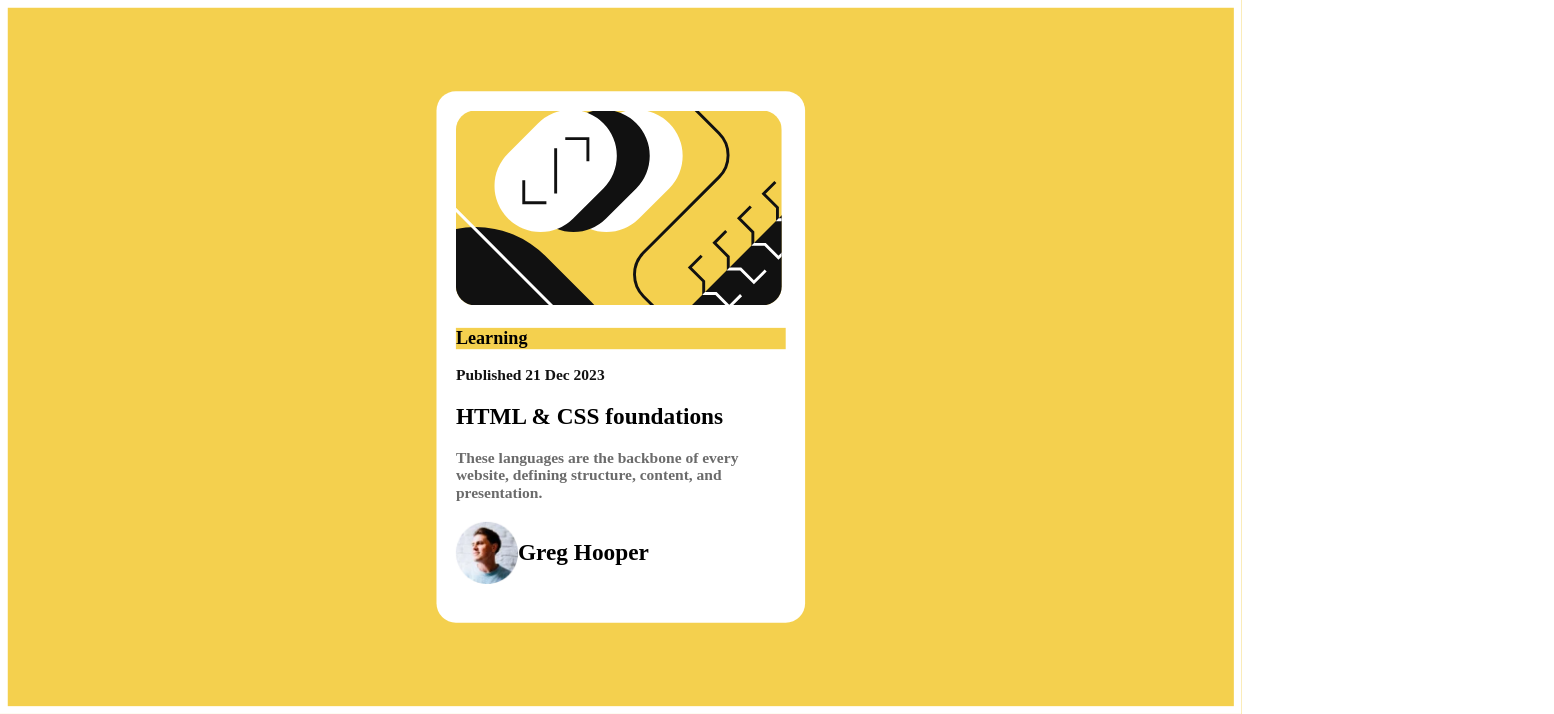
Repository: reemoon-ctrl/blog-preview-card
Page: index.html
An editor plug-in stored every save of this project. The page is shown before and after a run of saves, followed by the edit.
The browser window is 1280 px wide. The page is 1280 px wide, then 1602 px, so the pictures cover 1602 px, including what lies to the right of the window. The pictures show the whole page, at 97% of full size.

Above is the page before, as saved 2024-07-19 14:41:12.

### index.html
<!DOCTYPE html>
<html>
    <head>
        <title>Frontend Mentor | Blog preview card</title>
        <link rel="stylesheet" href="index.css" />


    </head>
    <body>
        <article class="blog-card-article">
            <div class="blog-card">
                <img class="blog-img"src="img\illustration-article.svg" alt="illustration-article" />
                <h3 class="blog-category">Learning</h3>
                <b class="blog-date">Published 21 Dec 2023</b>
                <h1 class="blog-title">HTML & CSS foundations</h1>
                <b class="blog-discrip">These languages are the backbone of every website, defining structure, content, and presentation.</b>
                <h2 class="blog-author"><img  src="img\image-avatar.webp" alt="Greg Hooper avatar"/>Greg Hooper</h2>
            </div>
        </article>

    </body>
</html>

### index.css
.blog-card-article{
    min-height: 100vh;
    display: flex;
    align-items:center;
    justify-content: center;
    background-color: hsl(47, 88%, 63%);


}

.blog-card{
    background-color: white;
    padding: 20px;
    border-radius: 20px;
    flex-basis: 340px;
}

.blog-img{
    border-radius: 20px;


}

.blog-category{

    background-color: hsl(47, 88%, 63%);
    width




}

.blog-date{
    color: hsl(0, 0%, 7%);

}

.blog-title{

}
.blog-discrip{
    color:hsl(0, 0%, 42%);

}

.blog-author{
    display: flex;
    align-items:center;

}

After the next 3 saves:
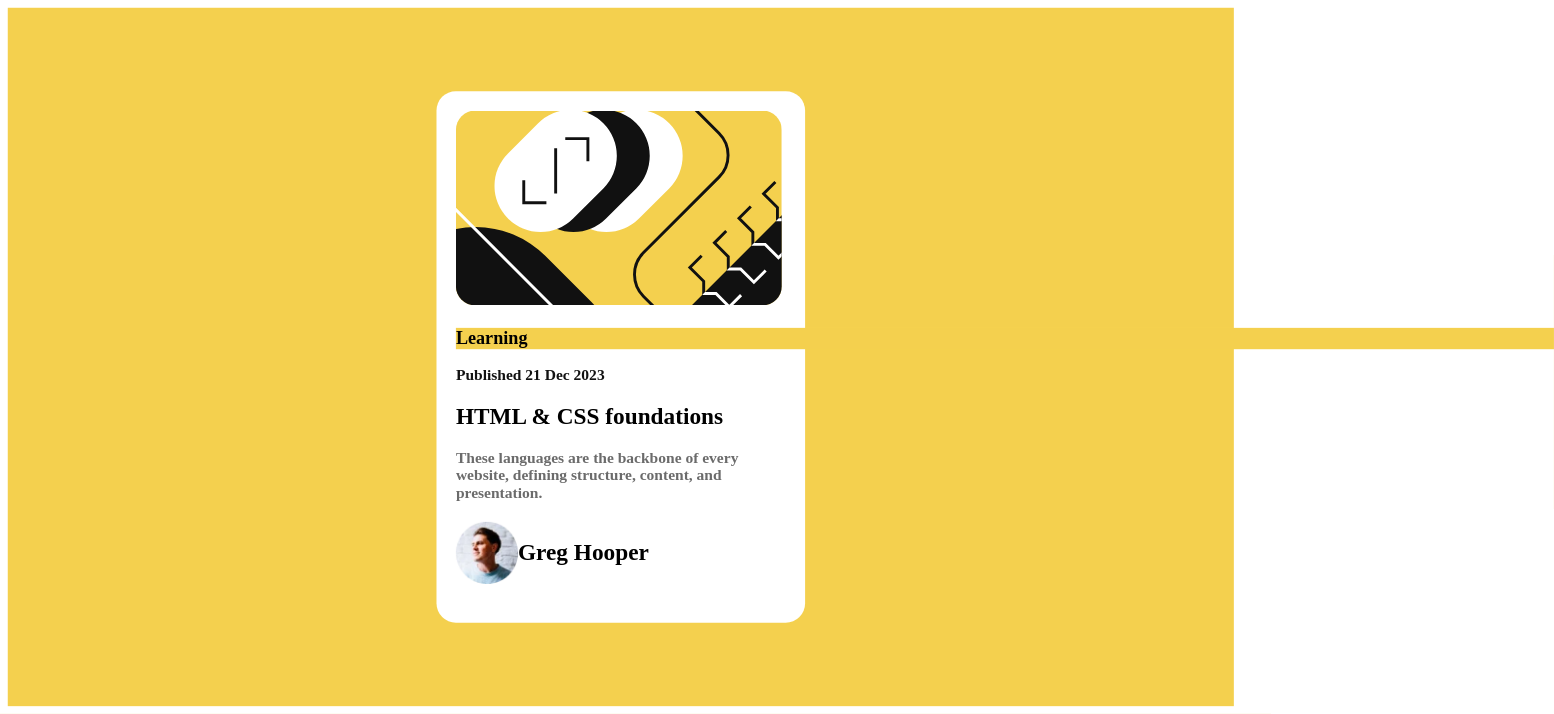
The 3 saves are shown as one change because they came seconds apart.
The last was saved 10 s later.
--- a/index.css
+++ b/index.css
@@ -24,7 +24,7 @@
 .blog-category{
 
     background-color: hsl(47, 88%, 63%);
-    width
+    width: 333%;
 
 
 
